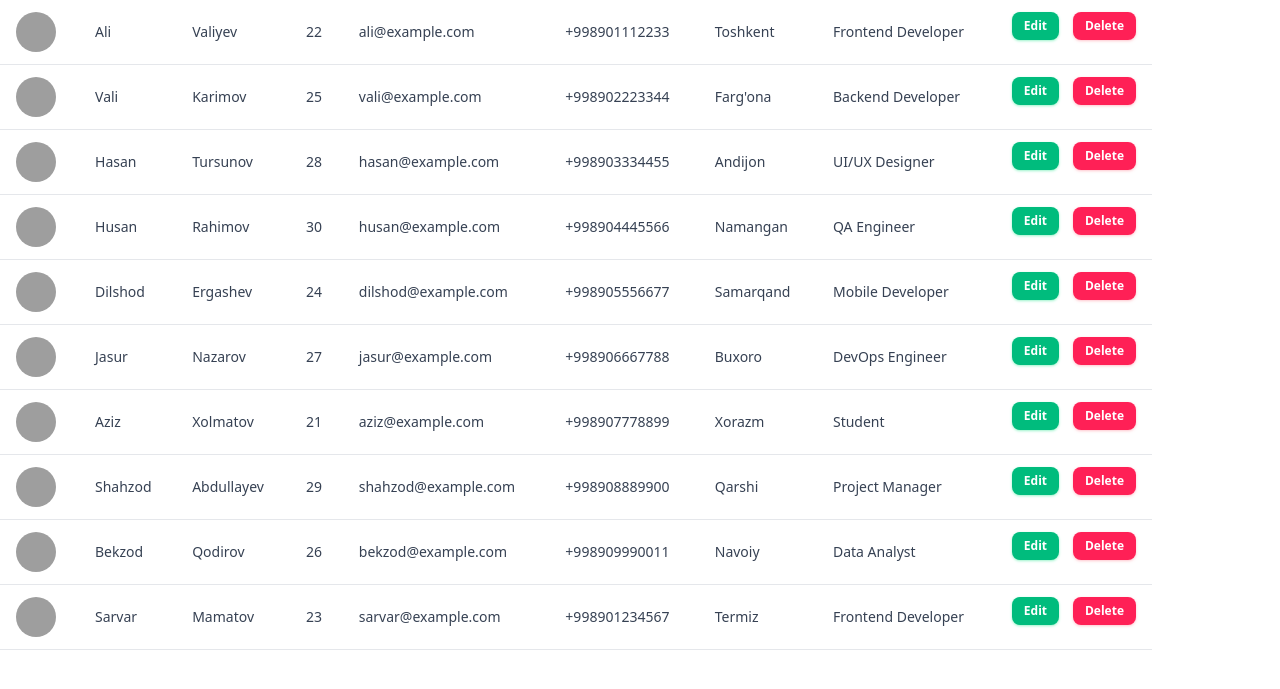
Repository: jamboy008/useformik
Page: /
These files come from the project's save history. The page is drawn as it stood at one moment and after a run of saves; the edit follows.
The browser window is 1280 px wide. The pictures show the whole page.
Pictures or frames that could not be fetched are drawn as grey boxes. The project was rebuilt for these pictures with package versions that can differ from the ones it lists, and the page was loaded fresh each time. Also part of the build but not shown: vite.config.js.

Above is the page before, as saved 2026-08-11 15:22:13.

### index.html
<!doctype html>
<html lang="en">
  <head>
    <meta charset="UTF-8" />
    <link rel="icon" type="image/svg+xml" href="/favicon.svg" />
    <meta name="viewport" content="width=device-width, initial-scale=1.0" />
    <title>7-11dars</title>
  </head>
  <body>
    <div id="root"></div>
    <script type="module" src="/src/main.jsx"></script>
  </body>
</html>

### src/App.jsx
import React from 'react'
import Table from './components/Table'

function App() {
  return (
    <>
      <Table />
    </>
  )
}

export default App

### src/components/Table.jsx
import React, { useState } from "react";
import { users } from "../data/users";
import Button from "./Button";
import TableRow from "./TableRow";

function Table() {
  let [data, setData] = useState(users);
  function handleDelete(id) {
    setData(data.filter((user) => user.id !== id));
  }
  return (
    <table className="w-[90vw]">
      <thead className="bg-gray-100">

      </thead>
      <tbody>
        {data.map((user)=>(
        <TableRow user={user} key={user.id} handleDelete={handleDelete}/>
        ))}
      </tbody>
    </table>
  );
}

export default Table;

### src/data/users.js
export const users = [
  {
    id: 1,
    firstName: "Ali",
    lastName: "Valiyev",
    age: 22,
    email: "ali@example.com",
    phone: "+998901112233",
    city: "Toshkent",
    profession: "Frontend Developer",
    isMarried: false,
    salary: 1200,
    avatar: "https://i.pravatar.cc/150?img=1",
  },
  {
    id: 2,
    firstName: "Vali",
    lastName: "Karimov",
    age: 25,
    email: "vali@example.com",
    phone: "+998902223344",
    city: "Farg'ona",
    profession: "Backend Developer",
    isMarried: true,
    salary: 1500,
    avatar: "https://i.pravatar.cc/150?img=2",
  },
  {
    id: 3,
    firstName: "Hasan",
    lastName: "Tursunov",
    age: 28,
    email: "hasan@example.com",
    phone: "+998903334455",
    city: "Andijon",
    profession: "UI/UX Designer",
    isMarried: false,
    salary: 1100,
    avatar: "https://i.pravatar.cc/150?img=3",
  },
  {
    id: 4,
    firstName: "Husan",
    lastName: "Rahimov",
    age: 30,
    email: "husan@example.com",
    phone: "+998904445566",
    city: "Namangan",
    profession: "QA Engineer",
    isMarried: true,
    salary: 1300,
    avatar: "https://i.pravatar.cc/150?img=4",
  },
  {
    id: 5,
    firstName: "Dilshod",
    lastName: "Ergashev",
    age: 24,
    email: "dilshod@example.com",
    phone: "+998905556677",
    city: "Samarqand",
    profession: "Mobile Developer",
    isMarried: false,
    salary: 1400,
    avatar: "https://i.pravatar.cc/150?img=5",
  },
  {
    id: 6,
    firstName: "Jasur",
    lastName: "Nazarov",
    age: 27,
    email: "jasur@example.com",
    phone: "+998906667788",
    city: "Buxoro",
    profession: "DevOps Engineer",
    isMarried: true,
    salary: 1800,
    avatar: "https://i.pravatar.cc/150?img=6",
  },
  {
    id: 7,
    firstName: "Aziz",
    lastName: "Xolmatov",
    age: 21,
    email: "aziz@example.com",
    phone: "+998907778899",
    city: "Xorazm",
    profession: "Student",
    isMarried: false,
    salary: 500,
    avatar: "https://i.pravatar.cc/150?img=7",
  },
  {
    id: 8,
    firstName: "Shahzod",
    lastName: "Abdullayev",
    age: 29,
    email: "shahzod@example.com",
    phone: "+998908889900",
    city: "Qarshi",
    profession: "Project Manager",
    isMarried: true,
    salary: 2000,
    avatar: "https://i.pravatar.cc/150?img=8",
  },
  {
    id: 9,
    firstName: "Bekzod",
    lastName: "Qodirov",
    age: 26,
    email: "bekzod@example.com",
    phone: "+998909990011",
    city: "Navoiy",
    profession: "Data Analyst",
    isMarried: false,
    salary: 1600,
    avatar: "https://i.pravatar.cc/150?img=9",
  },
  {
    id: 10,
    firstName: "Sarvar",
    lastName: "Mamatov",
    age: 23,
    email: "sarvar@example.com",
    phone: "+998901234567",
    city: "Termiz",
    profession: "Frontend Developer",
    isMarried: false,
    salary: 1000,
    avatar: "https://i.pravatar.cc/150?img=10",
  },
];

### src/components/Button.jsx
import React from "react";

const variants = {
  // Variant nomi 'edit' yoki 'secondary' bo'lganda
  edit: "bg-emerald-500 hover:bg-emerald-600 active:bg-emerald-700 text-white shadow-sm shadow-emerald-200",
  secondary: "bg-emerald-500 hover:bg-emerald-600 active:bg-emerald-700 text-white shadow-sm shadow-emerald-200",

  // Variant nomi 'delete' yoki 'danger' bo'lganda
  delete: "bg-rose-500 hover:bg-rose-600 active:bg-rose-700 text-white shadow-sm shadow-rose-200",
  danger: "bg-rose-500 hover:bg-rose-600 active:bg-rose-700 text-white shadow-sm shadow-rose-200",
};

function Button({ text, variant = "edit", onClick, type = "button", ...props }) {
  const baseStyles =
    "inline-flex items-center justify-center px-3 py-1.5 text-xs font-semibold capitalize rounded-lg transition-all duration-200 cursor-pointer focus:outline-none focus:ring-2 focus:ring-offset-1 focus:ring-gray-300";

  return (
    <button
      type={type}
      onClick={onClick}
      className={`${baseStyles} ${variants[variant] || variants.edit}`}
      {...props}
    >
      {text}
    </button>
  );
}

export default Button;

### src/components/TableRow.jsx
import React from "react";
import Button from "./Button";

function TableRow({ user, handleDelete }) {
  return (
    <tr key={user.id} className="border-b border-gray-200">
      <td className="px-4 py-3 text-sm text-gray-700">
        <img
          src={user.avatar}
          alt={user.firstName}
          className="w-10 h-10 rounded-full"
        />
      </td>
      <td className="px-4 py-3 text-sm text-gray-700">{user.firstName}</td>
      <td className="px-4 py-3 text-sm text-gray-700">{user.lastName}</td>
      <td className="px-4 py-3 text-sm text-gray-700">{user.age}</td>
      <td className="px-4 py-3 text-sm text-gray-700">{user.email}</td>
      <td className="px-4 py-3 text-sm text-gray-700">{user.phone}</td>
      <td className="px-4 py-3 text-sm text-gray-700">{user.city}</td>
      <td className="px-4 py-3 text-sm text-gray-700">{user.profession}</td>
      <td className="px-4 py-3  text-center flex items-center justify-between">
        <Button variant={"edit"} text="edit" />
        <Button
          variant={"delete"}
          text={"delete"}
        />
      </td>
    </tr>
  );
}

export default TableRow;

Loaded but not shown: src/main.jsx (common file); src/index.css (common file)

After the next 3 saves:
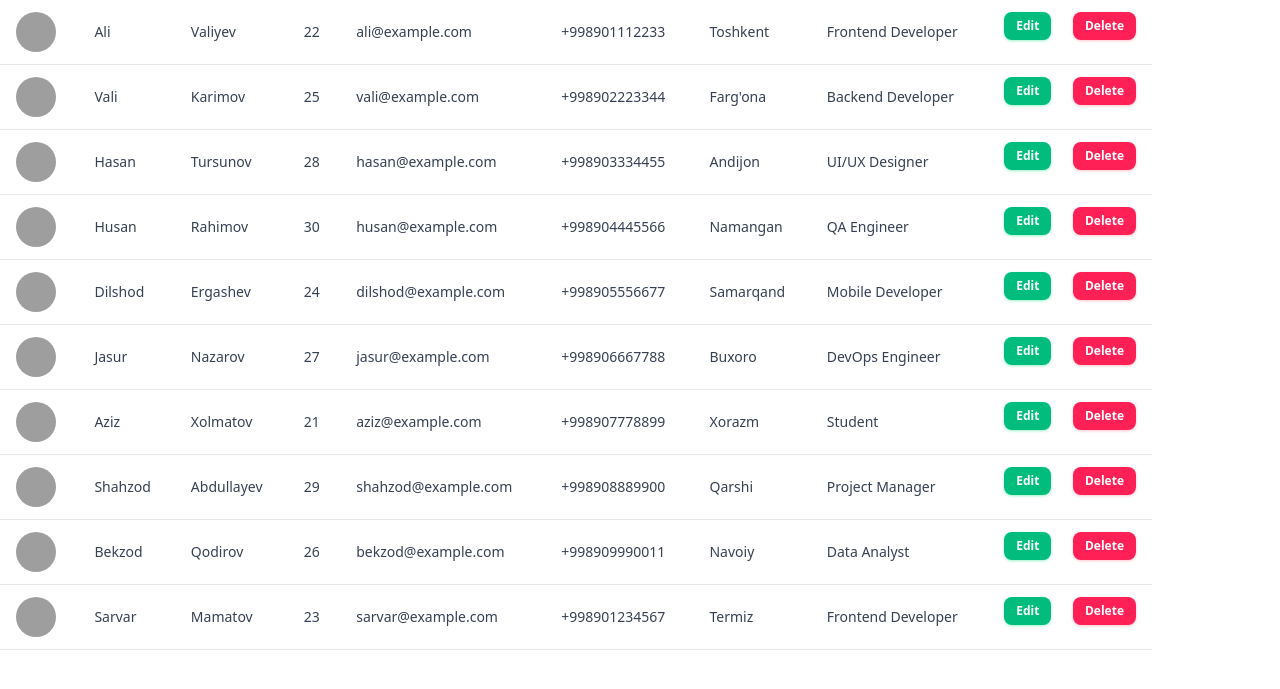
The 3 saves are shown as one change because they came seconds apart.
The last was saved 8 s later.
--- a/src/components/TableRow.jsx
+++ b/src/components/TableRow.jsx
@@ -18,7 +18,7 @@ function TableRow({ user, handleDelete }) {
       <td className="px-4 py-3 text-sm text-gray-700">{user.phone}</td>
       <td className="px-4 py-3 text-sm text-gray-700">{user.city}</td>
       <td className="px-4 py-3 text-sm text-gray-700">{user.profession}</td>
-      <td className="px-4 py-3  text-center flex items-center justify-between">
+      <td className="px-4 py-3 gap-2 text-center flex items-center justify-between">
         <Button variant={"edit"} text="edit" />
         <Button
           variant={"delete"}
